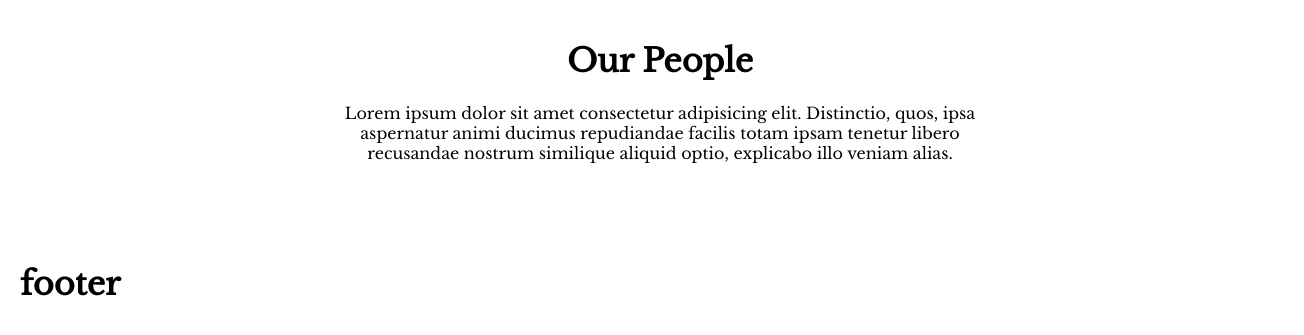
Repository: Tsardines/app
Page: / (app in my-app/)
The author's editor kept a copy of each file at every save. The page is drawn from the files as they stood at one save, then again after the next save.
The browser window is 1280 px wide. The page is 1304 px wide, so the pictures cover 1304 px, including what lies to the right of the window. The pictures show the whole page.
The page's requests for data from a server got no answer. The project was rebuilt for these pictures with package versions that can differ from the ones it lists, and the page was loaded fresh each time. No one was signed in, and anything a server would have sent is missing.

Above is the page before, as saved 2018-11-14 18:32:30.

### my-app/public/index.html
<!DOCTYPE html>
<html lang="en">
  <head>
    <meta charset="utf-8">
    <meta name="viewport" content="width=device-width, initial-scale=1, shrink-to-fit=no">
    <meta name="theme-color" content="#000000">
    <!--
      manifest.json provides metadata used when your web app is added to the
      homescreen on Android. See https://developers.google.com/web/fundamentals/web-app-manifest/
    -->
    <link rel="manifest" href="%PUBLIC_URL%/manifest.json">
    <link href="https://fonts.googleapis.com/css?family=Libre+Baskerville" rel="stylesheet">
    <!--
      Notice the use of %PUBLIC_URL% in the tags above.
      It will be replaced with the URL of the `public` folder during the build.
      Only files inside the `public` folder can be referenced from the HTML.

      Unlike "/favicon.ico" or "favicon.ico", "%PUBLIC_URL%/favicon.ico" will
      work correctly both with client-side routing and a non-root public URL.
      Learn how to configure a non-root public URL by running `npm run build`.
    -->
    <title>React App</title>
  </head>
  <body>
    <noscript>
      You need to enable JavaScript to run this app.
    </noscript>
    <div id="root"></div>
    <!--
      This HTML file is a template.
      If you open it directly in the browser, you will see an empty page.

      You can add webfonts, meta tags, or analytics to this file.
      The build step will place the bundled scripts into the <body> tag.

      To begin the development, run `npm start` or `yarn start`.
      To create a production bundle, use `npm run build` or `yarn build`.
    -->
  </body>
</html>

### my-app/src/index.css
body {
  margin: 0;
  padding: 0;
  font-family: 'Libre Baskerville', serif;
  -webkit-font-smoothing: antialiased;
  -moz-osx-font-smoothing: grayscale;
}

code {
  font-family: source-code-pro, Menlo, Monaco, Consolas, "Courier New",
    monospace;
}

### my-app/src/App.js
import React, { Component } from 'react';

import Footer from './components/Footer.js';
import './App.css';

class App extends Component {
  constructor(props) {
    super(props);

    this.state = {
      items: []
    };
    this.componentWillMount = this.componentWillMount.bind(this);
  }

  componentWillMount() {
    fetch('https://api.myjson.com/bins/vz2rm')
    .then(res => res.json())
    .then(data => {
      this.setState({ items: data });
    });
  }


  render() {

    const { items } = this.state;

    return (
      <div className="App">

      <span className="our-people"><h1>Our People</h1></span>
      <span className="intro"><p>Lorem ipsum dolor sit amet consectetur adipisicing elit. Distinctio, quos, ipsa aspernatur animi ducimus repudiandae facilis totam ipsam tenetur libero recusandae nostrum similique aliquid optio, explicabo illo veniam alias.</p></span>

          { items.map((item, num) => {
              return (

                <div className="people">

                  <div className="elem">
                    <p key={num}>{item.elems}</p>
                  </div>

                    <p key={num}><strong>{item.name}</strong></p>
                    <p key={num}><small>{item.title}</small></p>

                  <div className="hidden">
                    <p key={num}>{item.email}</p>
                    <p key={num}><strong>Office: </strong>{item.office}</p>
                  </div>

                </div>

              );

            })}

            <Footer />

      </div>
    );
  }
}


export default App;

### my-app/src/components/Footer.js
import React from 'react';
// import './Footer.css';

const Footer = () => {
  return (
  <div className="footer">

  <h1>footer</h1>

  </div>
  );
}

export default Footer;

### my-app/src/App.css
.App {
  display: flex;
  flex-direction: column;
  flex-flow: row nowrap;
  flex-wrap: wrap;
  margin: 1em;
  max-width: 100%;
  overflow-x: hidden;
  padding: 0.25em;
  text-align: center;
  width: 100%;
}

.our-people {
  text-align: center;
  width: 100%;
}

.intro p {
  margin: auto;
  padding-bottom: 5em;
  width: 50%;
}

.people {
  background-color: #f8f8f8;
  border: 1px solid #f6f6f6;
  height: 22vh;
  margin: 0.5em;
  /* max-height: 22vh;
  max-width: 13vw; */
  /* min-height: 22vh;
  min-width: 13vw; */
  padding: 1.5em;
  text-align: left;
  width: 13vw;
}

.elem {
  font-size: 3.45em;
  margin-bottom: -1em;
  margin-top: -1em;
}

.elem:hover {
  color: #87f0f9;
  transition: 0.2s;
}

.hidden {
  font-size: 0.75em;
  opacity: 0.15;
}

.hidden:hover {
  opacity: 1;
  transition: 0.4s;
}

### my-app/src/components/Footer.css
.footer {
    background-color: orange;
}

Loaded but not shown: my-app/src/index.js (common file); my-app/src/serviceWorker.js (common file)

After the next save:
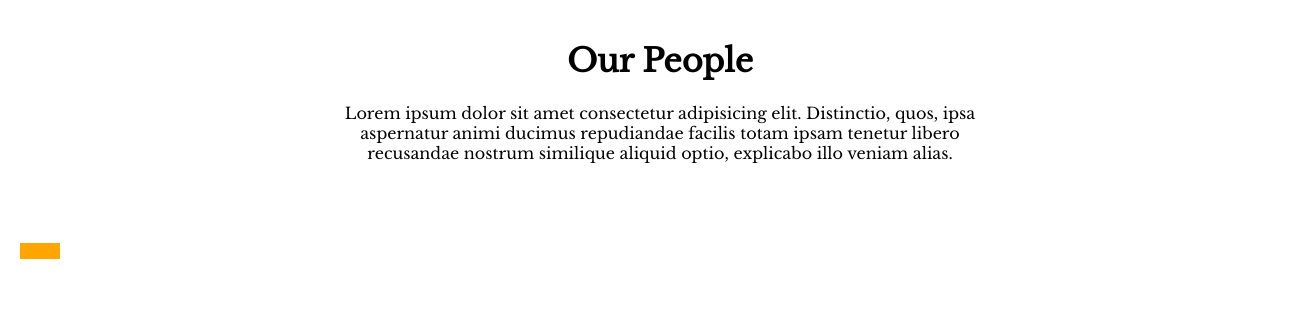
Saved 31 min 9 s later.
--- a/my-app/src/components/Footer.js
+++ b/my-app/src/components/Footer.js
@@ -1,13 +1,16 @@
 import React from 'react';
-// import './Footer.css';
+import './Footer.css';
 
 const Footer = () => {
   return (
-  <div className="footer">
 
-  <h1>footer</h1>
+    <div className="footer">
 
-  </div>
+        <div className="left">
+            <ul></ul>
+        </div>
+
+    </div>
   );
 }
 
